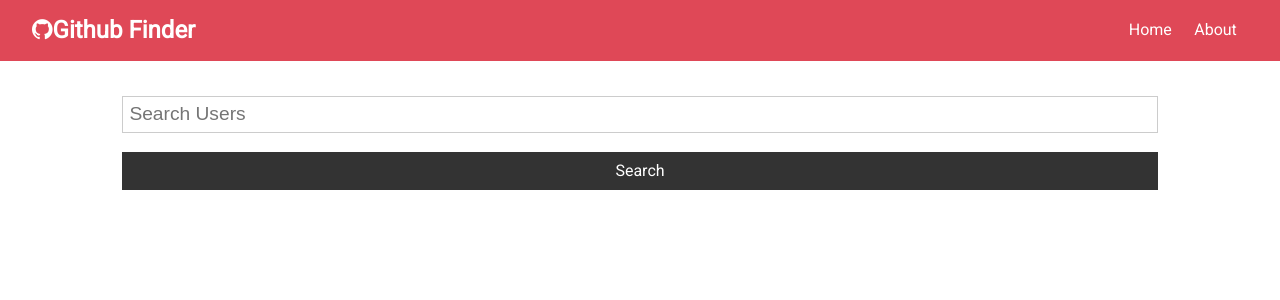
Repository: hemxnt-saini/GitProfile-Visualizer
Page: /
These files come from the project's save history. The page is drawn as it stood at one moment and after the next save; the edit follows.
The browser window is 1280 px wide. The pictures show the whole page.
The project was rebuilt for these pictures with package versions that can differ from the ones it lists, and the page was loaded fresh each time. Also part of the build but not shown: next.config.js, src/components/users/UserItem.js, src/components/repos/RepoItem.js, src/components/repos/Repos.js, src/components/users/User.js, src/components/layout/Alert.js, src/components/pages/About.js.

Above is the page before, as saved 2020-07-29 17:36:09.

### public/index.html
<!DOCTYPE html>
<html lang="en">
  <head>
    <meta charset="utf-8" />
    <link rel="icon" href="%PUBLIC_URL%/favicon.ico" />
    <meta name="viewport" content="width=device-width, initial-scale=1" />
    <meta name="theme-color" content="#000000" />
    <meta
      name="description"
      content="Web site created using create-react-app"
    />
    <link rel="apple-touch-icon" href="%PUBLIC_URL%/logo192.png" />

    <link rel="manifest" href="%PUBLIC_URL%/manifest.json" />
    <link
      rel="stylesheet"
      href="https://stackpath.bootstrapcdn.com/font-awesome/4.7.0/css/font-awesome.min.css"
    />
    <title>React App</title>
  </head>
  <body>
    <noscript>You need to enable JavaScript to run this app.</noscript>
    <div id="root"></div>
  </body>
</html>

### src/App.js
import React, { Component, Fragment } from "react";
import "./App.css";
import { BrowserRouter as Router, Switch, Route } from "react-router-dom";
import Navbar from "./components/layout/Navbar";
import Users from "./components/users/Users";
import User from "./components/users/User";
import Search from "./components/users/Search";
import Alert from "./components/layout/Alert";
import About from "./components/pages/About";
import axios from "axios";
class App extends Component {
  state = {
    users: [],
    user: {},
    repos: [],
    loading: false,
    alert: null,
  };
  searchUsers = async (text) => {
    this.setState({ loading: true });
    const res = await axios.get(
      `https://api.github.com/search/users?q=${text}&cliend_id=${process.env.REACT_APP_GITHUB_CLIENT_ID}&client_secret=${process.env.REACT_APP_GITHUB_CLIENT_SECRET}`
    );
    this.setState({
      users: res.data.items,
      loading: false,
    });
  };

  clearUsers = () => {
    this.setState({
      users: [],
      loading: false,
    });
  };

  setAlert = (msg, type) => {
    this.setState({ alert: { msg, type } });

    setTimeout(() => this.setState({ alert: null }), 5000);
  };

  getUser = async (username) => {
    this.setState({ loading: true });
    const res = await axios.get(
      `https://api.github.com/users/${username}?cliend_id=${process.env.REACT_APP_GITHUB_CLIENT_ID}&client_secret=${process.env.REACT_APP_GITHUB_CLIENT_SECRET}`
    );
    this.setState({ user: res.data, loading: false });
  };

  getUserRepos = async (username) => {
    const res = await axios.get(
      `https://api.github.com/users/${username}/repos?per_page=5&sort=created:asc&cliend_id=${process.env.REACT_APP_GITHUB_CLIENT_ID}&client_secret=${process.env.REACT_APP_GITHUB_CLIENT_SECRET}`
    );
    this.setState({ repos: res.data });
  };

  render() {
    return (
      <Router>
        <div className='App'>
          <Navbar title='Github Finder' />
          <div className='container'>
            <Alert alert={this.state.alert} />
            <Switch>
              <Route
                exact
                path='/'
                render={(props) => (
                  <Fragment>
                    <Search
                      searchUsers={this.searchUsers}
                      clearUsers={this.clearUsers}
                      showClear={this.state.users.length > 0 ? true : false}
                      setAlert={this.setAlert}
                    />
                    <Users
                      users={this.state.users}
                      loading={this.state.loading}
                    />
                  </Fragment>
                )}
              />
              <Route exact path='/about' component={About} />
              <Route
                exact
                path='/user/:login'
                render={(props) => (
                  <User
                    {...props}
                    getUser={this.getUser}
                    getUserRepos={this.getUserRepos}
                    repos={this.state.repos}
                    user={this.state.user}
                    loading={this.state.loading}
                  />
                )}
              />
            </Switch>
          </div>
        </div>
      </Router>
    );
  }
}

export default App;

### src/components/layout/Navbar.js
import React from "react";
import { Link } from "react-router-dom";
function Navbar(props) {
  return (
    <nav className='navbar bg-primary '>
      <h1>
        <i className='fa fa-github'></i>
        {props.title}
      </h1>
      <ul>
        <li>
          <Link to='/'>Home</Link>
        </li>
        <li>
          <Link to='/about'>About</Link>
        </li>
      </ul>
    </nav>
  );
}

export default Navbar;

### src/components/users/Users.js
import React, { Component } from "react";
import UserItem from "./UserItem";

class Users extends Component {
  render() {
    return (
      <div style={userStyle}>
        {this.props.users.map((user) => (
          <UserItem key={user.id} user={user} />
        ))}
      </div>
    );
  }
}

const userStyle = {
  display: "grid",
  gridTemplateColumns: "repeat(3,1fr)",
  gridGap: "1rem",
};

export default Users;

### src/components/users/Search.js
import React, { Component } from "react";

class Search extends Component {
  state = {
    text: "",
  };

  onChange = (e) => {
    this.setState({
      text: e.target.value,
    });
  };

  onSubmit = (e) => {
    e.preventDefault();

    if (this.state.text === "") {
      this.props.setAlert("Please Enter Something..!!", "light");
    } else {
      this.props.searchUsers(this.state.text);
      this.setState({
        text: "",
      });
    }
  };

  render() {
    return (
      <div>
        <form onSubmit={this.onSubmit} className='form'>
          <input
            type='text'
            name='text'
            placeholder='Search Users'
            value={this.state.text}
            onChange={this.onChange}
          />
          <input
            type='submit'
            value='Search'
            className='btn btn-dark btn-block'
          />
        </form>

        {this.props.showClear && (
          <button
            className='btn btn-light btn-block'
            onClick={this.props.clearUsers}
          >
            Clear
          </button>
        )}
      </div>
    );
  }
}

export default Search;

Loaded but not shown: src/index.js (common file); src/App.css (common file)

After the next save:
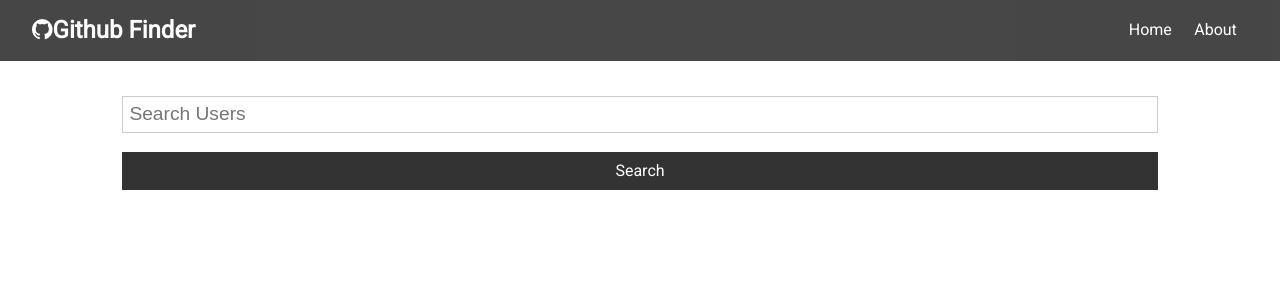
Saved 43 s later.
--- a/src/components/layout/Navbar.js
+++ b/src/components/layout/Navbar.js
@@ -2,7 +2,7 @@
 import { Link } from "react-router-dom";
 function Navbar(props) {
   return (
-    <nav className='navbar bg-primary '>
+    <nav className='navbar bg-dark '>
       <h1>
         <i className='fa fa-github'></i>
         {props.title}
